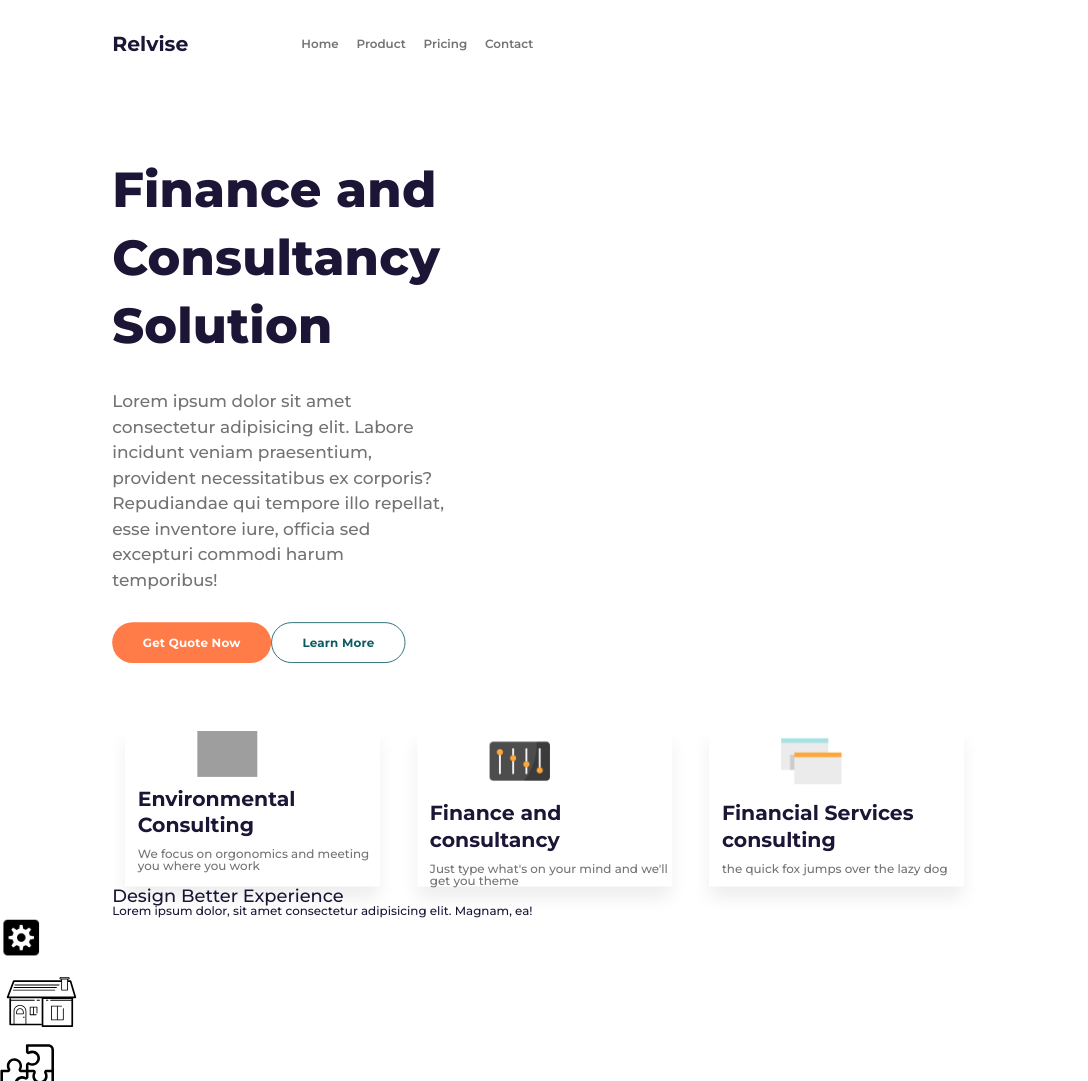
Repository: usalokiN/simple-project
Page: index.html
These files come from the project's save history. The page is drawn as it stood at one moment and after the next save; the edit follows.
The browser window is 1280 px wide. The pictures show the part of the page from y = 0 to 1272 px (the page is 1592 px tall before and 1611 px after), at 85% of full size.
Pictures or frames that could not be fetched are drawn as grey boxes. A picture or video elsewhere on the page could not be fetched, so the positions and the page height are approximate.

Above is the page before, as saved 2022-01-17 13:35:14.

### index.html
<!DOCTYPE html>
<html lang="en">

<head>
    <meta charset="UTF-8">
    <meta http-equiv="X-UA-Compatible" content="IE=edge">
    <meta name="viewport" content="width=device-width, initial-scale=1.0">
    <link rel="stylesheet" href="https://fonts.googleapis.com/css?family=Montserrat:regular,500,600,700,800&display=swap">
    <link rel="stylesheet" href="css/style.css">
    <meta author="NikoDyachenko">
    <title>Simple project</title>


</head>

<body>
    <div class="wrapper">
        <header class="header">
            <div class="header__container _container">
                <a href="" class="header__logo">
                    Relvise
                </a>
                <nav class="header__menu menu">
                    <ul class="menu__list">
                        <li class="menu__item">
                            <a href="" class="menu__link">Home</a>
                        </li>
                        <li class="menu__item">
                            <a href="" class="menu__link">Product</a>
                        </li>
                        <li class="menu__item">
                            <a href="" class="menu__link">Pricing</a>
                        </li>
                        <li class="menu__item">
                            <a href="" class="menu__link">Contact</a>
                        </li>
                    </ul>
                </nav>
            </div>
    </div>
    </header>
    <main class="page">
        <div class="page__main-block main-block">
            <div class="main-block_containter _container">
                <div class="main-block__body">
                    <h1 class="main-block__title">Finance and Consultancy Solution</h1>
                    <div class="main-block__text">Lorem ipsum dolor sit amet consectetur adipisicing elit. Labore incidunt veniam praesentium, provident necessitatibus ex corporis? Repudiandae qui tempore illo repellat, esse inventore iure, officia sed excepturi commodi harum temporibus!

                    </div>
                    <div class="main-block__buttons">
                        <a href="" class="main-block__button main-block__button_orange">Get Quote Now</a>
                        <a href="" class="main-block__button main-block__button_border">Learn More</a>

                    </div>
                </div>
            </div>
        </div>
        <div class="main-block__image">
            <!-- <img src="" alt="cover"> -->
        </div>
        <section class="page__services services">
            <div class="services__conateiner _container">
                <div class="services__body">
                    <div class="services__column">
                        <div class="services__item item-service">
                            <div class="item-service__icon"><img src="img/icon-block1.png" alt="Environmental Consulting"></div>
                            <div class="item-service__title">Environmental Consulting</div>
                            <div class="item-service__text">We focus on orgonomics and meeting you where you work</div>

                        </div>
                    </div>
                    <div class="services__column">
                        <div class="services__item item-service">
                            <div class="item-service__icon"><img src="img/icon-block2.png" alt="Environmental Consulting"></div>
                            <div class="item-service__title">Finance and consultancy</div>
                            <div class="item-service__text">Just type what's on your mind and we'll get you theme</div>

                        </div>
                    </div>
                    <div class="services__column">
                        <div class="services__item item-service item-service__third-block">
                            <div class="item-service__icon"><img src="img/icon-block3.png" alt="Environmental Consulting"></div>
                            <div class="item-service__title">Financial Services consulting</div>
                            <div class="item-service__text">the quick fox jumps over the lazy dog</div>

                        </div>
                    </div>
                </div>
            </div>
        </section>
        <section class="page__advantages advantages">
            <div class="advantages__container _container">
                <div class="advantages__header header-block">
                    <h2 class="header-block__title">Design Better Experience</h2>
                    <div class="header-block__sub-title">Lorem ipsum dolor, sit amet consectetur adipisicing elit. Magnam, ea!</div>

                </div>
            </div>
            <div class="advantages__body">
                <div class="advantages__column">
                    <div class="advantages__item">
                        <div class="advatages__icon"><img src="img/icons8-автоматический-50.png" alt=""></div>
                        <div class="advatages__value"></div>
                        <div class="advatages__text"></div>


                    </div>
                </div>
            </div>
            <div class="advantages__body">
                <div class="advantages__column">
                    <div class="advantages__item">
                        <div class="advatages__icon"><img src="img/icons8-главная.svg" alt=""></div>
                        <div class="advatages__value"></div>
                        <div class="advatages__text"></div>


                    </div>
                </div>
            </div>
            <div class="advantages__body">
                <div class="advantages__column">
                    <div class="advantages__item">
                        <div class="advatages__icon"><img src="img/icons8-головоломка.svg" alt=""></div>
                        <div class="advatages__value"></div>
                        <div class="advatages__text"></div>


                    </div>
                </div>
            </div>
            <div class="advantages__body">
                <div class="advantages__column">
                    <div class="advantages__item">
                        <div class="advatages__icon"><img src="img/icons8-звезда-50.png" alt=""></div>
                        <div class="advatages__value"></div>
                        <div class="advatages__text"></div>


                    </div>
                </div>
            </div>

        </section>
    </main>
    <footer class="footer "></footer>
    </div>
</body>

</html>

### css/style.css
                    *,
                     ::before,
                     ::after {
                        padding: 0;
                        margin: 0;
                        bottom: 0;
                        box-sizing: border-box;
                    }

                    a {
                        text-decoration: none;
                    }

                    ul,
                    ol,
                    li {
                        list-style: none;
                    }

                    img {
                        vertical-align: top;
                    }

                    h1,
                    h2,
                    h3,
                    h4,
                    h5,
                    h6 {
                        font-weight: inherit;
                        font-style: inherit;
                    }

                    html,
                    body {
                        height: 100%;
                        line-height: 1;
                        font-size: 14px;
                        font-weight: 500;
                        color: rgb(28, 21, 54);
                        font-family: Montserrat;
                    }

                    .wrapper {
                        /* max-height: 100%; */
                        overflow: hidden;
                    }
                    /* ================================================================================== */

                    ._container {
                        max-width: 1046px;
                        margin: 0px auto;
                        padding: 0 15px;
                    }

                    ._ibg {
                        position: relative;
                    }

                    .ibg img {
                        position: absolute;
                        width: 100%;
                        height: 100%;
                        top: 0;
                        left: 0;
                        object-fit: cover;
                    }
                    /* ----------------------------------------HEADER------------------------------------------------------- */

                    .header-block {}

                    .header {
                        position: absolute;
                        width: 100%;
                        left: 0;
                        top: 0;
                        z-index: 50;
                    }

                    .header__container {
                        display: flex;
                        min-height: 104px;
                        align-items: center;
                    }

                    @media (max-width: 479px) {
                        .header__container {
                            min-height: 85px;
                        }
                    }

                    ._container {}

                    .header__logo {
                        font-size: 24px;
                        font-weight: 700;
                        color: inherit;
                    }

                    .header__menu {
                        margin: 0 0 0 133px;
                    }

                    @media (max-width: 992px) {
                        .header__menu {
                            margin: 0 0 0 80px;
                        }
                    }

                    @media (max-width: 762px) {
                        .header__menu {
                            margin: 0 0 0 40px;
                        }
                    }

                    @media (max-width: 479px) {
                        .header__menu {
                            margin: 0 0 0 20px;
                        }
                    }

                    .menu {
                        padding: 5px 0;
                    }

                    .menu__list {
                        display: flex;
                        flex-wrap: wrap;
                    }

                    .menu__item {}

                    .menu__item:not(:last-child) {
                        margin: 0 21px 0 0px;
                        /* Отступы у каждого кроме последнего элемента */
                    }

                    .menu__link {
                        color: #737373;
                        font-weight: 600;
                        line-height: calc(24/14 * 100%);
                        /*171% - процет отступа. Формула расчета при 14px шрифта*/
                    }

                    @media (max-width: 479) {
                        .menu__link {
                            font-size: 18px;
                        }
                    }
                    /* MAIN */

                    .page {
                        flex: 1 1 auto;
                    }
                    /* FOOTER */

                    .footer {}
                    /* MAIN-BLOCK */

                    .page__main-block {}

                    .main-block {
                        position: relative;
                        ;
                    }

                    .main-block_containter {}

                    ._container {}

                    .main-block__body {
                        padding: 184px 0px 191px 0px;
                        position: relative;
                        z-index: 2;
                        max-width: 400px;
                    }

                    .main-block__body>*:not(:last-child) {
                        margin: 0 0 35px 0;
                    }

                    .main-block__title {
                        font-size: 58px;
                        line-height: 137%;
                        font-weight: 800;
                        letter-spacing: 0.2px;
                    }

                    @media (max-width:497px) {
                        .main-block__title {
                            font-size: 42px;
                        }
                    }

                    .main-block__text {
                        color: #737373;
                        font-size: 20px;
                        line-height: 1.5;
                    }

                    .main-block__buttons {
                        display: inline-flex;
                        flex-wrap: wrap;
                        margin: -10px 0;
                    }

                    .main-block__button {
                        border-radius: 37px;
                        display: flex;
                        min-height: 48px;
                        justify-content: center;
                        align-items: center;
                        letter-spacing: 0.2px;
                        font-weight: 700;
                        line-height: 150%;
                        padding: 5px 36px;
                        text-align: center;
                        margin: 10px 0;
                    }

                    @media(max-width:479px) {
                        .main-block__button:not(:last-child) {
                            margin-right: 10px;
                        }
                    }

                    .main-block__button_orange {
                        background: #ff7b47;
                        color: #fff;
                    }

                    .main-block__button_border {
                        color: #0d5c63;
                        border: 1px solid #0d5c63;
                    }

                    .main-block__image {
                        position: absolute;
                        width: 100%;
                        height: 100%;
                        top: 0;
                        left: 0;
                    }

                    @media (max-width:1300px) {
                        .main-block__image img {
                            object-fit: right;
                        }
                    }

                    @media (max-width:992px) {
                        .main-block__image {
                            opacity: 0.5;
                        }
                    }
                    /* =================BLOCKS======================================= */

                    .page__services {
                        /* display: flex; */
                        margin: -111px 0 0 0;
                        position: relative;
                        z-index: 2;
                    }

                    .services {}

                    .services__conateiner {}

                    ._container {}

                    .services__body {}

                    @media(min-width:670px) {
                        .services__body {
                            display: flex;
                            margin: 0 -15px;
                            flex-wrap: wrap;
                            margin: 0 -15px -30px 0;
                        }
                    }

                    .services__column {
                        padding: 0 15px;
                        flex: 0 1 33.333%;
                        margin: 0 0 30px 0;
                    }

                    @media (min-width:670px) {
                        .services__column {}
                    }

                    @media (max-width:992px) {
                        .services__column {
                            flex: 0 1 50%;
                        }
                    }

                    .services__item {
                        box-shadow: 0 13px 19px rgb(0, 0, 0, 0.07);
                        background-color: white;
                        padding: 0 0 0 15px;
                        height: 100%;
                        width: 300px;
                    }

                    .services__item>*:not(:last-child) {
                        margin: 0 0 10px 0;
                    }

                    .item-service .item-service {}

                    .item-service__icon {
                        padding: 0 0 0 70px;
                    }

                    .item-service__icon img {
                        width: 33%;
                    }

                    .item-service__title {
                        font-weight: 700;
                        font-size: 24px;
                        line-height: 133%;
                    }

                    .item-service__text {
                        color: #737373;
                    }

                    .item-service__third-block {
                        /* background-color: #68e6f1; */
                    }
                    /* ----------------------------------------------------------------------- */

                    .page__advantages {}

                    .advantages {}

                    .advantages__container {}

                    ._container {}

                    .advantages__header {}

                    .header-block__title {}

                    .header-block__sub-title {}

                    .advantages__body {}

                    .advantages__column {}

                    .advantages__item {}

                    .advatages__icon {}

                    .advatages__value {}

                    .advatages__text {}

After the next save:
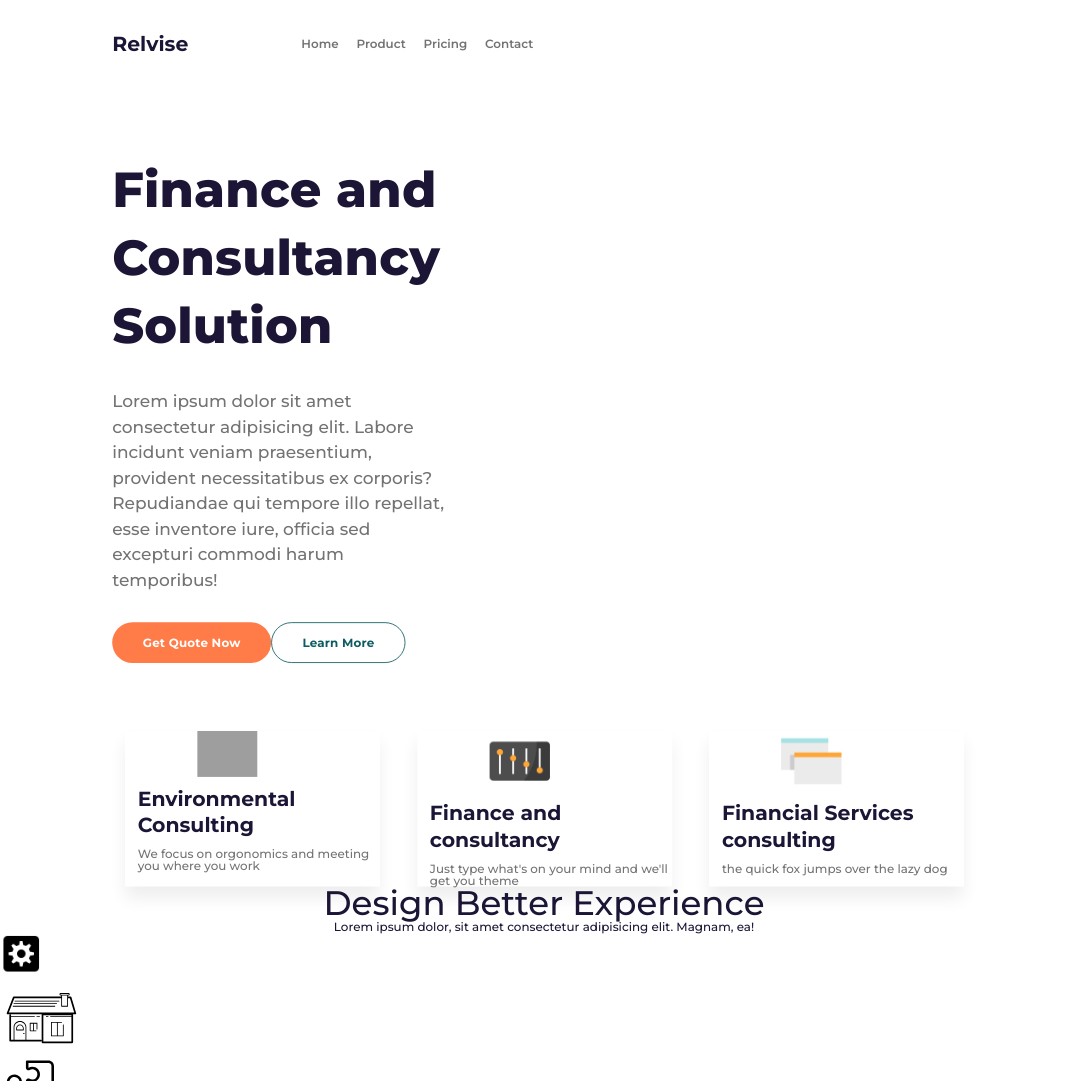
Saved 51 s later.
--- a/css/style.css
+++ b/css/style.css
@@ -67,7 +67,13 @@
                     }
                     /* ----------------------------------------HEADER------------------------------------------------------- */
 
-                    .header-block {}
+                    .header-block {
+                        text-align: center;
+                    }
+
+                    .header-block__title {
+                        font-size: 40px;
+                    }
 
                     .header {
                         position: absolute;
@@ -342,8 +348,6 @@
 
                     .advantages__header {}
 
-                    .header-block__title {}
-
                     .header-block__sub-title {}
 
                     .advantages__body {}
